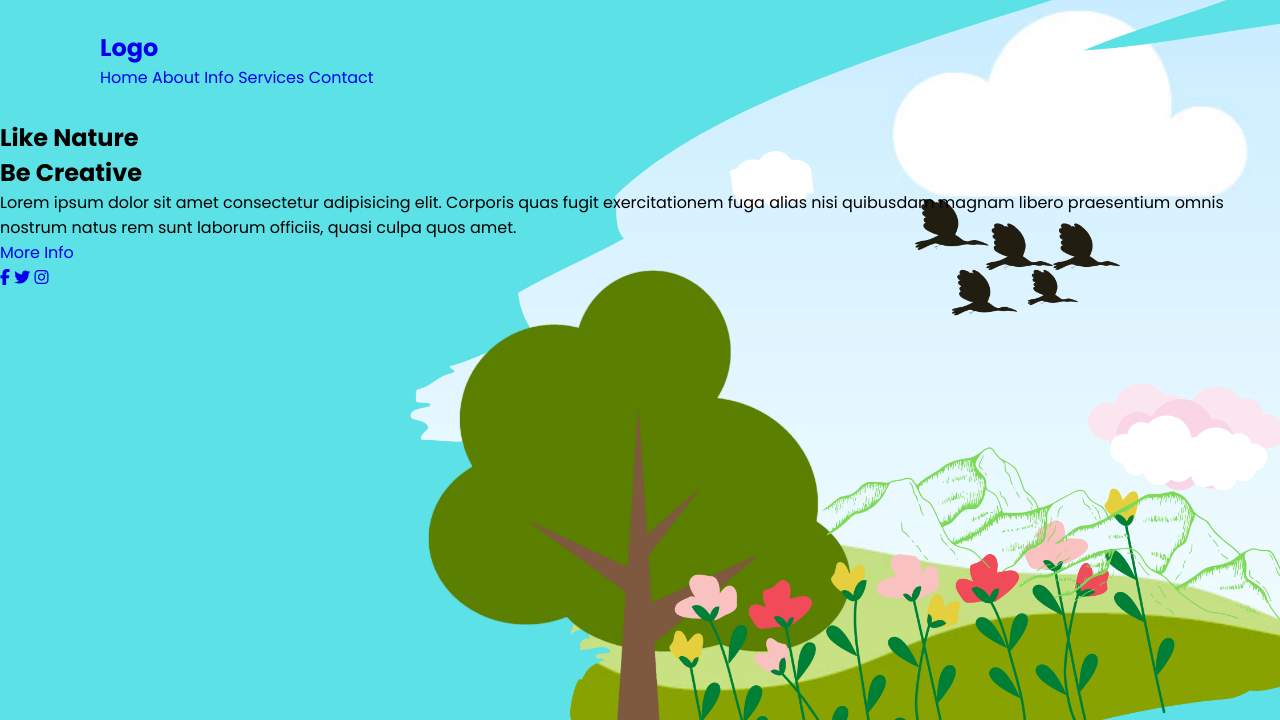
Repository: nganha241/CreativeNature
Page: index.html
The author's editor kept a copy of each file at every save. The page is drawn from the files as they stood at one save, then again after the next save.
The browser window is 1280 px wide. The pictures show the whole page.
Some web libraries are served in a nearby version.

Above is the page before, as saved 2022-06-18 08:20:19.

After the next save:
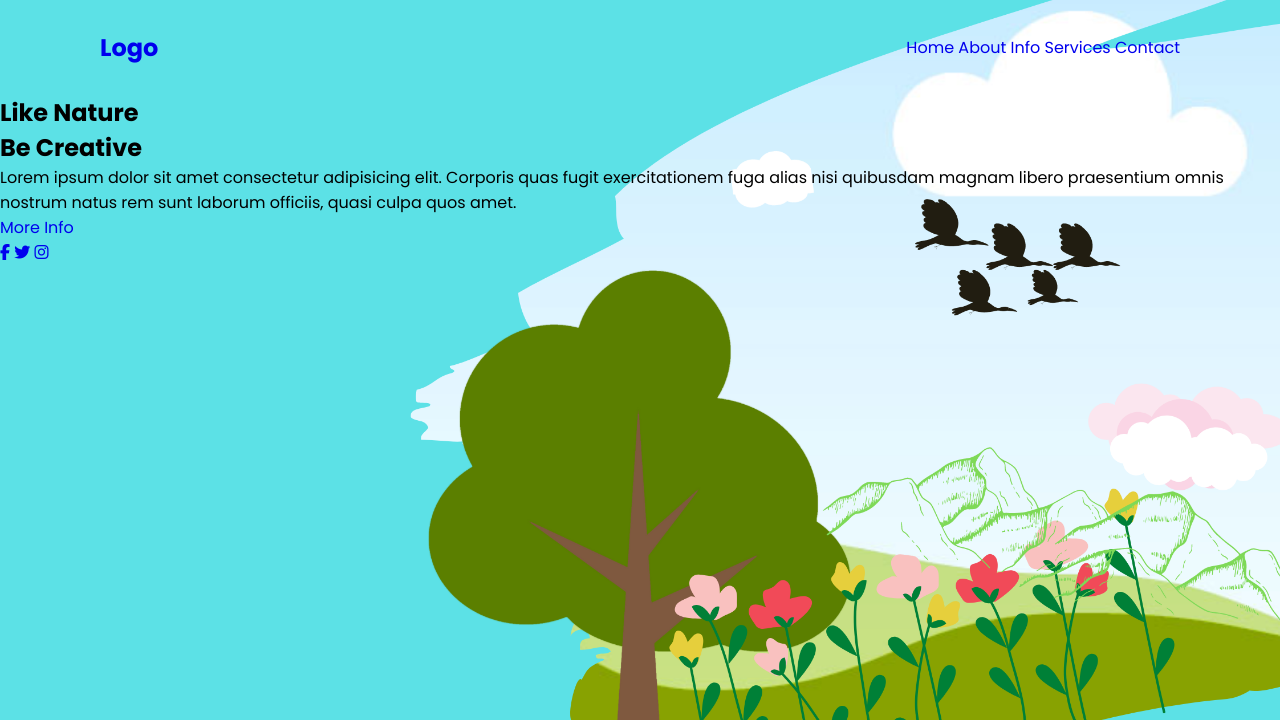
Saved 20 s later.
--- a/style.css
+++ b/style.css
@@ -28,4 +28,7 @@ header {
     top: 0;
     width: 100%;
     padding: 30px 100px;
+    display: flex;
+    justify-content: space-between;
+    align-items: center;
 }
